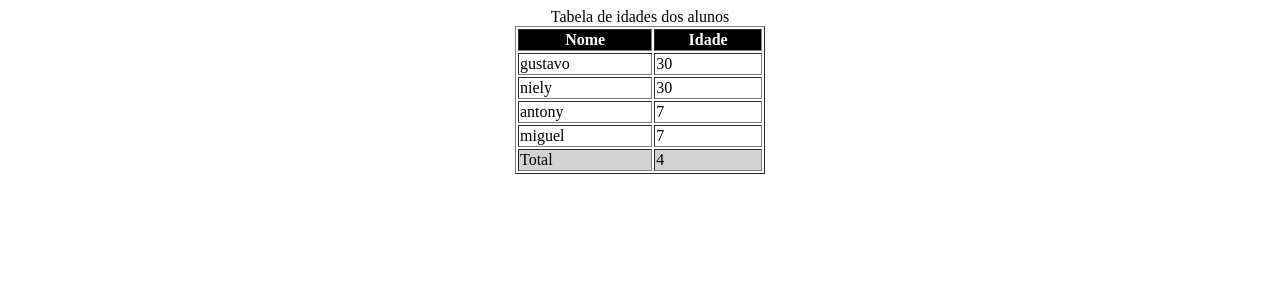
Repository: gustavotwist/html-css
Page: tabl.html
The author's editor kept a copy of each file at every save. The page is drawn from the files as they stood at one save, then again after the next save.
The browser window is 1280 px wide. The pictures show the whole page.

Above is the page before, as saved 2024-04-27 20:11:01.

After the next save:
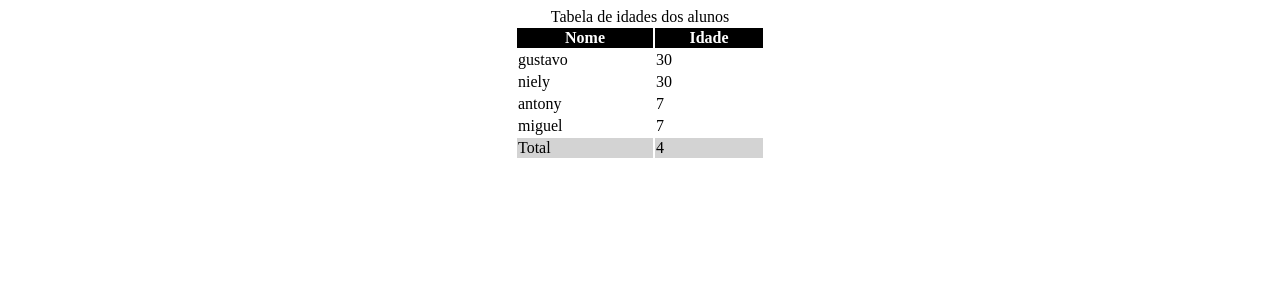
Saved 23 s later.
--- a/tabl.html
+++ b/tabl.html
@@ -15,7 +15,7 @@
     </style>
 </head>
 <body>
-    <table border="1" width="250"  align="center">
+    <table width="250"  align="center">
         <caption>Tabela de idades dos alunos</caption>
         <thead>
             <tr>
